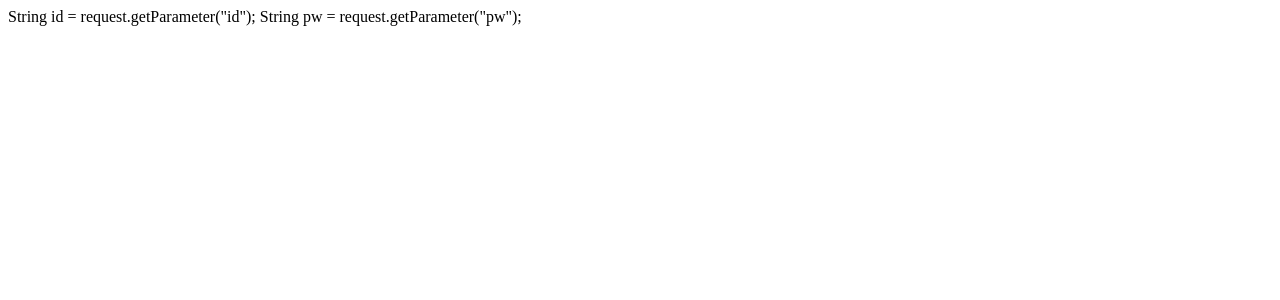
Repository: gowjd4419/jsp
Page: http://localhost/JSPBasic/jspobject/session/session_login_check.jsp
An editor plug-in stored every save of this project. The page is shown before and after the next save, followed by the edit.
The browser window is 1280 px wide. The pictures show the whole page.
The page is served by Tomcat 9.

Above is the page before, as saved 2022-03-29 12:19:30.

### JSPBasic/src/main/webapp/jspobject/session/session_login_check.jsp
<%@ page language="java" contentType="text/html; charset=UTF-8"
    pageEncoding="UTF-8"%>
<!DOCTYPE html>
<html>
<head>
<meta charset="UTF-8">
<title>Insert title here</title>
</head>
<body>
       String id = request.getParameter("id");
       String pw = request.getParameter("pw");
</body>
</html>

After the next save:
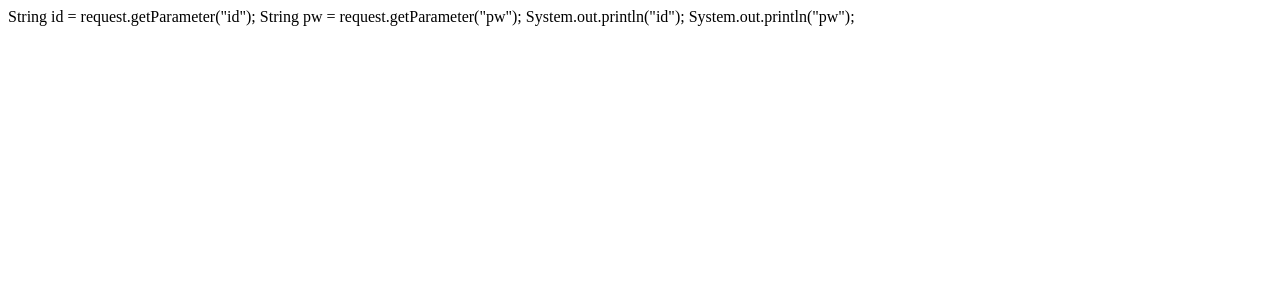
Saved 27 s later.
--- a/JSPBasic/src/main/webapp/jspobject/session/session_login_check.jsp
+++ b/JSPBasic/src/main/webapp/jspobject/session/session_login_check.jsp
@@ -9,5 +9,8 @@
 <body>
        String id = request.getParameter("id");
        String pw = request.getParameter("pw");
+
+       System.out.println("id");
+       System.out.println("pw");
 </body>
 </html>
